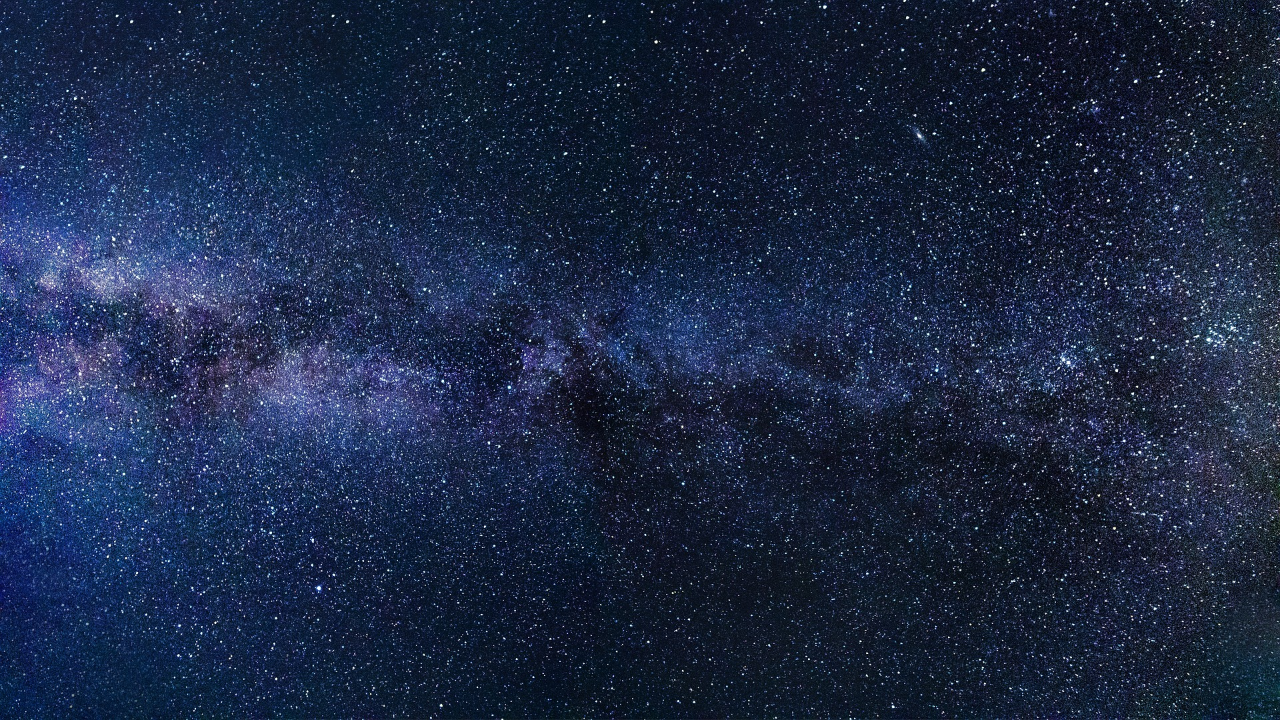
Repository: Ravi9619/springcore
Page: http://localhost/Ravi_Registration_Module_Practice/signup.jsp
The author's editor kept a copy of each file at every save. The page is drawn from the files as they stood at one save, then again after the next save.
The browser window is 1280 px wide. The pictures show the whole page.
The page is served by Tomcat 9. Other server files are loaded and not shown.

Above is the page before, as saved 2023-02-26 07:41:48.

### Ravi Registration Module Practice/src/main/webapp/signup.jsp
<%@ page language="java" contentType="text/html; charset=ISO-8859-1"
	pageEncoding="ISO-8859-1"%>
<!DOCTYPE html>
<html>
<head>
<meta charset="ISO-8859-1">
<title>Insert title here</title>
</head>
<body
	style="background: url(img/Registration.jpg); background-size: cover; background-attachment: fixed;">

</body>
</html>

After the next save:
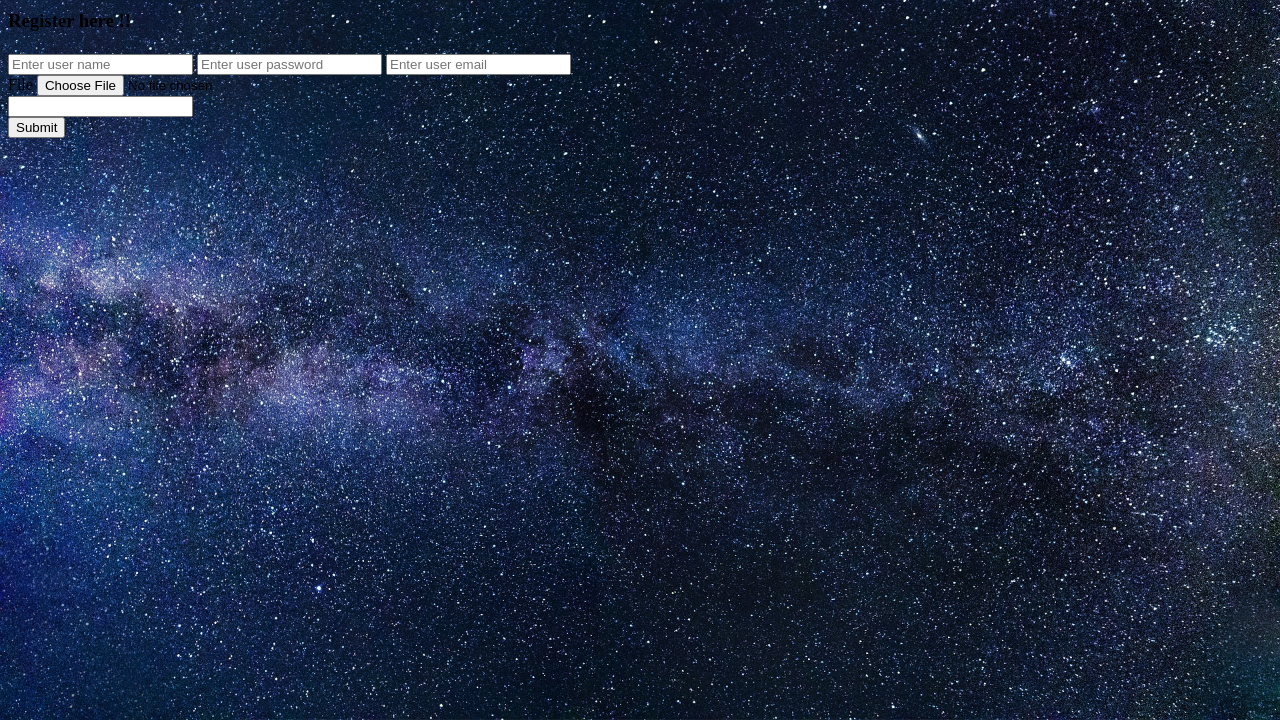
Saved 15 s later.
--- a/Ravi Registration Module Practice/src/main/webapp/signup.jsp
+++ b/Ravi Registration Module Practice/src/main/webapp/signup.jsp
@@ -8,6 +8,95 @@
 </head>
 <body
 	style="background: url(img/Registration.jpg); background-size: cover; background-attachment: fixed;">
+	<div class="container">
+		<div class="row">
+			<div class="col m6 offset-m3">
+				<div class="card">
+					<div class="card-content">
+						<h3 style="margin-top: 10px;" class="center-align">Register
+							here !!</h3>
+						<h5 id="msg" class="center-align"></h5>
+						<div class="form center-align">
+							<!-- //creating form -->
+
+							<form action="Register" method="post" id="myform">
+								<input type="text" name="user_name"
+									placeholder="Enter user name"> <input type="password"
+									name="user_password" placeholder="Enter user password">
+								<input type="email" name="user_email"
+									placeholder="Enter user email">
+
+								<div class="file-field input-field">
+									<div class="btn blue">
+										<span>File</span> <input name="image" type="file">
+									</div>
+									<div class="file-path-wrapper">
+										<input class="file-path validate" type="text">
+									</div>
+								</div>
+								<button type="submit" class="btn light blue accent 3">Submit</button>
+							</form>
+
+						</div>
+
+						<div class="loader center-align"
+							style="margin-top: 10px; display: none;">
+							<div class="preloader-wrapper big active">
+								<div class="spinner-layer spinner-blue">
+									<div class="circle-clipper left">
+										<div class="circle"></div>
+									</div>
+									<div class="gap-patch">
+										<div class="circle"></div>
+									</div>
+									<div class="circle-clipper right">
+										<div class="circle"></div>
+									</div>
+								</div>
+
+								<div class="spinner-layer spinner-red">
+									<div class="circle-clipper left">
+										<div class="circle"></div>
+									</div>
+									<div class="gap-patch">
+										<div class="circle"></div>
+									</div>
+									<div class="circle-clipper right">
+										<div class="circle"></div>
+									</div>
+								</div>
+
+								<div class="spinner-layer spinner-yellow">
+									<div class="circle-clipper left">
+										<div class="circle"></div>
+									</div>
+									<div class="gap-patch">
+										<div class="circle"></div>
+									</div>
+									<div class="circle-clipper right">
+										<div class="circle"></div>
+									</div>
+								</div>
+
+								<div class="spinner-layer spinner-green">
+									<div class="circle-clipper left">
+										<div class="circle"></div>
+									</div>
+									<div class="gap-patch">
+										<div class="circle"></div>
+									</div>
+									<div class="circle-clipper right">
+										<div class="circle"></div>
+									</div>
+								</div>
+							</div>
+							<h5>Please wait...</h5>
+						</div>
+					</div>
+				</div>
+			</div>
+		</div>
+	</div>
 
 </body>
 </html>
